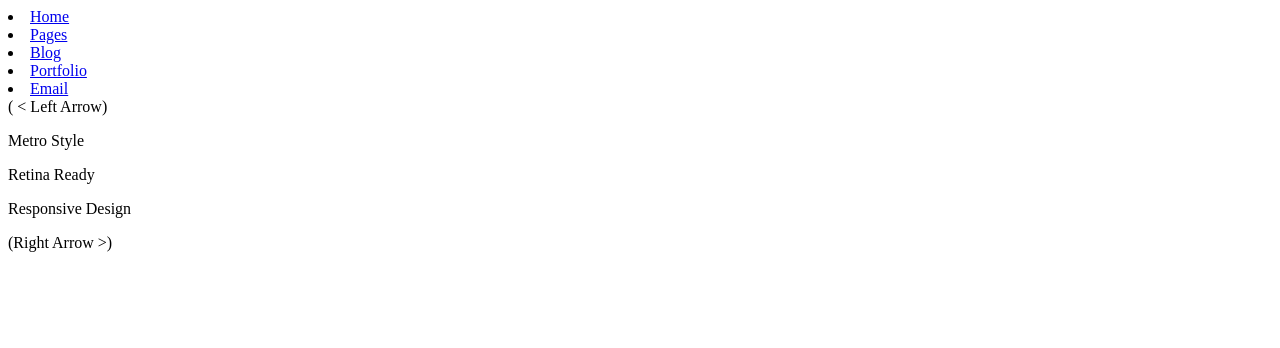
Repository: VernaMak/MDIA2003C-Project-1
Page: index.html
These files come from the project's save history. The page is drawn as it stood at one moment and after the next save; the edit follows.
The browser window is 1280 px wide. The pictures show the whole page.

Above is the page before, as saved 2022-01-25 21:06:34.

After the next save:
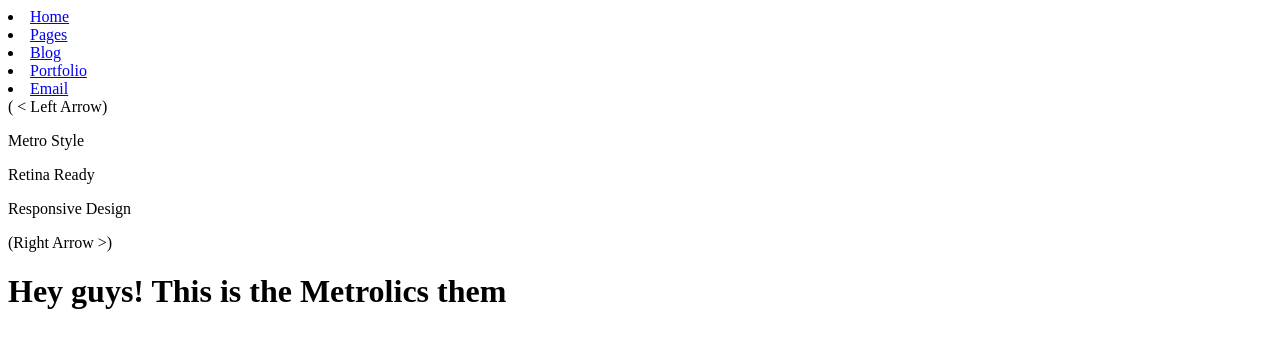
Saved 16 s later.
--- a/index.html
+++ b/index.html
@@ -36,7 +36,8 @@
     </div>
 
 <main class="main-page">
-    <h1></h1>
+    <h1>Hey guys! This is the Metrolics them
+    </h1>
 
 
 
